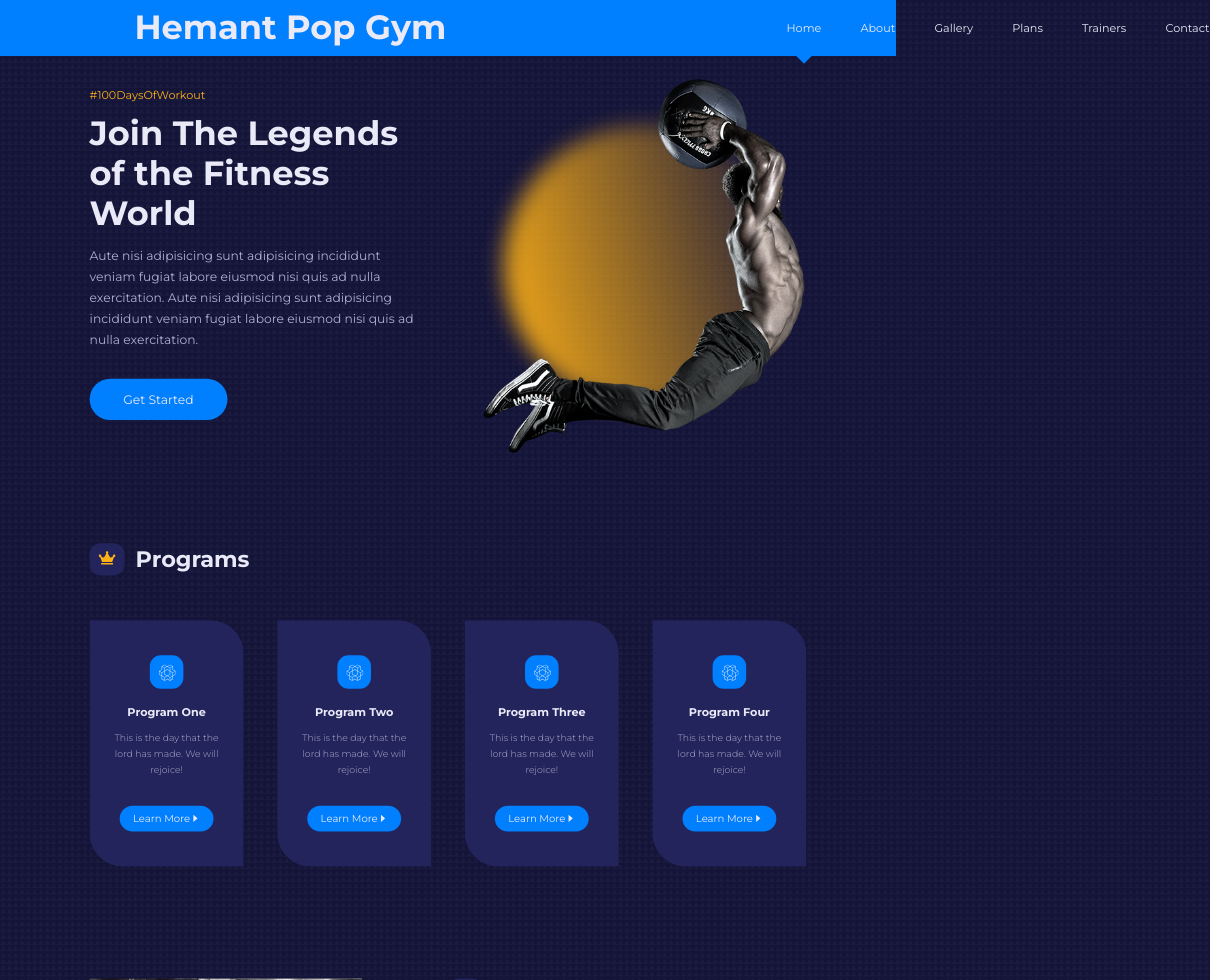
Repository: aryaMode/gym-portfolio
Page: /
An editor plug-in stored every save of this project. The page is shown before and after the next save, followed by the edit.
The browser window is 1280 px wide. The page is 1728 px wide, then 1280 px, so the pictures cover 1728 px, including what lies to the right of the window. The pictures show the part of the page from y = 0 to 1400 px (the page is 4155 px tall before and 3946 px after), at 70% of full size.
The project was rebuilt for these pictures with package versions that can differ from the ones it lists, and the page was loaded fresh each time. Also part of the build but not shown: src/pages/about/about.css, src/components/Header.jsx, src/pages/about/About.jsx, src/pages/contact/contact.css, src/pages/contact/Contact.jsx, src/pages/gallery/gallery.css, src/pages/gallery/Gallery.jsx, src/pages/notFound/notFound.css and 6 more.

Above is the page before, as saved 2023-07-20 16:03:37.

### public/index.html
<!DOCTYPE html>
<html lang="en">

<head>
    <meta charset="UTF-8">
    <meta http-equiv="X-UA-Compatible" content="IE=edge">
    <meta name="viewport" content="width=device-width, initial-scale=1.0">
    <title>Portfolio Website</title>
    <!-- GOOGLE FONTS (montserrat) -->
    <link href="https://fonts.googleapis.com/css2?family=Montserrat:wght@300;400;500;600;700&display=swap"
        rel="stylesheet">
</head>

<body>
    <div id="root"></div>
</body>

</html>

### src/App.jsx
// rafce -> shortcut to create component and export
import { BrowserRouter, Routes, Route } from "react-router-dom";
import React from "react";
import Home from "./pages/home/Home";
import About from "./pages/about/About";
import Contact from "./pages/contact/Contact";
import Gallery from "./pages/gallery/Gallery";
import NotFound from "./pages/notFound/NotFound";
import Plans from "./pages/plans/Plans";
import Trainers from "./pages/trainers/Trainers";
import Navbar from "./components/Navbar";
import Footer from "./components/Footer";

const App = () => {
	return (
		<BrowserRouter>
			<Navbar />
			<Routes>
				<Route index element={<Home />} />
				<Route path="about" element={<About />} />
				<Route path="contact" element={<Contact />} />
				<Route path="gallery" element={<Gallery />} />
				<Route path="plans" element={<Plans />} />
				<Route path="trainers" element={<Trainers />} />
				<Route path="*" element={<NotFound />} />
			</Routes>
			<Footer />
		</BrowserRouter>
	);
};

export default App;

### src/index.css
 *, *::before, *::after{
    margin: 0;
    padding: 0;
    border: 0;
    outline: 0;
    list-style: none;
    text-decoration: none;
    box-sizing: border-box;
 }

 /* CSS Global variable starts with :root {...} check w3school docs for more  info */
 :root{
    --primary-hue: 210;
    --gray-hue: 240;
    /* hsl (hue, saturation, lightness) */
    --color-primary: hsl(var(--primary-hue),100%, 50% );
    --color-primary-variant: hsl(var(--primary-hue), 100%, 65%);
    --color-secondary: #ffb116;
    --color-gray-100: hsl(var(--gray-hue), 47%, 94%); /*almost white colour lightness is almost 100%*/
    --color-gray-200: hsl(var(--gray-hue), 26%, 75%);
    --color-gray-300: hsl(var(--gray-hue), 24%, 64%);
    --color-gray-400: hsl(var(--gray-hue), 16%, 41%);
    --color-gray-500: hsl(var(--gray-hue), 44%, 25%);
    --color-gray-600: hsl(var(--gray-hue), 48%, 15%);

    --container-width-lg: 80%;
    --container-width-md: 90%;

    --transition: all 500ms ease; /* make sure all transition have a constant effect*/
 }

  /******************** GENERAL STYLES ********************/
  body{
    font-family: "Montserrat", sans-serif;
    color: var(--color-gray-200);
    line-height: 1.7;
    overflow-x: hidden;
    background: var(--color-gray-600) url(./images/bg_texture.png);
  }

  .container{
    width: var(--container-width-lg);
    max-width: 1920px;
    margin-inline: auto;
  }

  h1, h2, h3, h4, h5 {
    line-height: 1.2;
    color: var(--color-gray-100);
  }

  h1 {
    font-size: 3rem;
  }

  h2 {
    font-size: 2rem ;
  }

  a {
    color: var(--color-gray-100);
  }

  img{
    display: block;
    object-fit: cover;
    width: 100%;
}

.btn {
    color: var(--color-gray-100);
    width: fit-content;
    margin: 0 auto;
    padding: 0.9rem 2rem;
    background: var(--color-primary);
    border-radius: 1.5rem;
    transition: var(--transition);
}

.btn:hover {
    background: var(--color-secondary);
    color: var(--color-gray-600);
}

.btn.lg {
    padding: 1.2rem 3rem;
    border-radius: 2rem;
    font-size: 1.1rem;
}

.btn.sm {
    padding: 0.4rem 1.2rem;
    font-size: 0.9rem;
}

.btn.sm:hover {
    background: var(--color-gray-100);
}

/******************** SECTION REUSABLE STYLES ********************/
section {
    margin-top: 10rem;
}

.section__head {
    display: flex;
    align-items: center;
    gap: 1rem;
}

.section__head span {
    background: var(--color-gray-500);
    padding: 0.3rem 0.8rem 0;
    border-radius: 1rem;
    color: var(--color-secondary);
    font-size: 1.5rem;
}

.card {
    background: var(--color-gray-500);
    border: 2px solid transparent;
    text-align: center;
    padding: 3rem 2rem;
    border-radius: 0 3rem 0 3rem;
    transition: var(--transition);
}

.card:hover {
    background: transparent;
    border-color: var(--color-gray-400);
    cursor: default;
}

.card span {
    width: 3rem;
    height: 3rem;
    background: var(--color-primary);
    color: var(--color-gray-100);
    font-size: 1.5rem;
    padding: 0.8rem;
    display: grid;
    place-items: center;
    margin-bottom: 1.5rem;
    margin-inline: auto;
    border-radius: 1rem;
    transition: var(--transition);
}

.card:hover span {
    background: var(--color-secondary);
    color: var(--color-gray-500)
}

.card small {
    margin-top: 1rem;
    display: block;
    font-weight: 300;
}

.header {
    margin-top: 5rem;
    height: 20rem;
    overflow: hidden;
    border-bottom: 2px solid var(--color-gray-400);
}

.header__container {
    width: 100%;
    height: 100%;
    position: relative;
    display: grid;
    place-items: center;
    background: #0000;
}

.header__container-lg {
    position: absolute;
    width: 100%;
}

.header__container-lg img {
    opacity: 0.5;
}

.header__content {
    position: relative;
    width: 44%;
    margin: 0 auto;
    text-align: center;
    color: var(--color-gray-100);
}

.header__content h2 {
    margin-bottom: 1rem;
}

.header__content p {
    color: rgba(255, 255, 255, 0.7, green, blue, alpha);
}






/******************** MEADIA QUERIES (medium screens) ********************/
@media screen and (max-width: 1024px) {
    .container {
        width: var(--container-width-md);
    }

    h1 {
        font-size: 2rem;
    }

    h2 {
        font-size: 1.6rem;
    }

    .header__content {
        width: 76%;
    }
}

/******************** MEADIA QUERIES (small screens) ********************/
@media screen and (max-width: 600px) {
    h1 {
        font-size: 2.2rem;
        line-height: 1.3;
    }

    section {
        margin-top: 7rem;
    }

    .header {
        height: fit-content;
    }

    .header__content {
        width: var(--container-width-md);
        padding: 3rem 0;
    }

    .header__content p {
        font-size: 0.85rem;
    }
}

### src/pages/home/Home.jsx
import React from "react";
import "./home.css";
import MainHeader from "../../components/MainHeader";
import Program from "../../components/Program";
import Values from "../../components/Values";
import FAQs from "../../components/FAQs";
import Testimonial from "../../components/Testimonial";
// import Footer from "../../components/Footer";

const Home = () => {
	return (
		<>
			<MainHeader />
			<Program />
			<Values />
			<FAQs />
			<Testimonial />
			{/* <Footer /> comment this out so footer wount be double */}
		</>
	);
};

export default Home;

### src/components/Navbar.jsx
import { useState } from "react";
import { Link, NavLink } from "react-router-dom";
// NavLink comes with an isactive prop which we can use to detect which page we on
// so we can have a special style for that link
import React from "react";
import Logo from "../images/logo.png";
import { links } from "../data";
import { GoThreeBars } from "react-icons/go";
import { MdOutlineClose } from "react-icons/md";
import "./navbar.css";

const Navbar = () => {
	const [isNavShowing, setIsNavShowing] = useState(false);

	const handleNavToggle = () => {
		return setIsNavShowing((prevVAlue) => {
			return !prevVAlue;
		});
	};

	return (
		<nav>
			<div className="container nav__container">
				<Link to="/" className="logo" onClick={handleNavToggle}>
					{/* <img src={Logo} alt="Nav-logo" /> */}
					<h1>Hemant Pop Gym</h1>
				</Link>
				<ul
					className={`nav__links ${isNavShowing ? "show__nav" : "hide__nav"}`}
				>
					{/* Destructure the links array of object from the links to get each item */}
					{links.map(({ name, path }, index) => {
						return (
							<li key={index}>
								<NavLink
									to={path}
									className={({ isActive }) => (isActive ? "active-nav" : "")}
									onClick={handleNavToggle}
								>
									{name}
								</NavLink>
							</li>
						);
					})}
				</ul>
				<button onClick={handleNavToggle} className="nav__toggle-btn">
					{isNavShowing ? <MdOutlineClose /> : <GoThreeBars />}
				</button>
			</div>
		</nav>
	);
};

export default Navbar;

// export PATH=$PATH:/home/daveworld/bin

### src/components/Footer.jsx
import React from "react";
import { Link } from "react-router-dom";
import Logo from "../images/logo.png";
import { FaLinkedin } from "react-icons/fa";
import { FaFacebookF } from "react-icons/fa";
import { AiOutlineTwitter } from "react-icons/ai";
import { AiFillInstagram } from "react-icons/ai";

const Footer = () => {
	return (
		<footer>
			<div className="container footer__container">
				<article>
					<Link to="/" className="logo">
						<img src={Logo} alt="Footer Logo" />
					</Link>
					<p>
						Consectetur non nostrud enim nostrud est culpa ullamco incididunt
						nisi. Consectetur non nostrud enim nostrud est culpa ullamco
						incididunt nisi.
					</p>
					<div className="footer__socials">
						<a
							href="https://www.linkedin.com/in/eniola-ademola-7386161a7/"
							target="_blank"
							rel="noreferrer noopener"
						>
							<FaLinkedin />
						</a>
						<a
							href="https://facebook.com/"
							target="_blank"
							rel="noreferrer noopener"
						>
							<FaFacebookF />
						</a>
						<a
							href="https://twitter.com/_daveworld"
							target="_blank"
							rel="noreferrer noopener"
						>
							<AiOutlineTwitter />
						</a>
						<a
							href="https://instagram.com/_daveworld"
							target="_blank"
							rel="noreferrer noopener"
						>
							<AiFillInstagram />
						</a>
					</div>
				</article>
				<article>
					<h4>Permalinks</h4>
					<Link to="/about">About</Link>
					<Link to="/plans">Plans</Link>
					<Link to="/trainers">Trainers</Link>
					<Link to="/gallery">Gallery</Link>
					<Link to="/contact">Contact</Link>
				</article>
				<article>
					<h4>Insights</h4>
					<Link to="/s">Blog</Link>
					<Link to="/s">Case Studies</Link>
					<Link to="/s">Events</Link>
					<Link to="/s">Communities</Link>
					<Link to="/constact">FAQs</Link>
				</article>
				<article>
					<h4>Get In Touch</h4>
					<Link to="/contact">Plans</Link>
					<Link to="/s">Trainers</Link>
				</article>
			</div>
			<div className="footer__copyright">
				<small> &copy; Eniola Ademola </small>
			</div>
		</footer>
	);
};

export default Footer;

### src/components/MainHeader.jsx
import React from "react";
import { Link } from "react-router-dom";
import Image from "../images/main_header.png";

const MainHeader = () => {
	return (
		<header className="main__header">
			<div className="container main__header-container">
				<div className="main__header-left">
					<h4>#100DaysOfWorkout</h4>
					<h1>Join The Legends of the Fitness World</h1>
					<p>
						Aute nisi adipisicing sunt adipisicing incididunt veniam fugiat
						labore eiusmod nisi quis ad nulla exercitation. Aute nisi
						adipisicing sunt adipisicing incididunt veniam fugiat labore eiusmod
						nisi quis ad nulla exercitation.
					</p>
					<Link to="/plans" className="btn lg">
						Get Started
					</Link>
				</div>
				<div className="main__header-right">
					<div className="main__header-circle"></div>
					<div className="main__header-image">
						<img src={Image} alt="MainHeaderImage" />
					</div>
				</div>
			</div>
		</header>
	);
};

export default MainHeader;

### src/components/Program.jsx
import React from "react";
import { FaCrown } from "react-icons/fa";
import SectionHead from "./SectionHead";
import { programs } from "../data";
import Card from "../UI/Card";
import { Link } from "react-router-dom";
import { AiFillCaretRight } from "react-icons/ai";

const Program = () => {
	return (
		<section className="programs">
			<div className="container programs container">
				<SectionHead icon={<FaCrown />} title="Programs" />

				<div className="program__wrapper">
					{programs.map(({ id, icon, title, info, path }) => {
						return (
							<Card className="programs__program" key={id}>
								<span>{icon}</span>
								<h4>{title}</h4>
								<small>{info}</small>
								<Link to={path} className="btn sm">
									Learn More <AiFillCaretRight />
								</Link>
							</Card>
						);
					})}
				</div>
			</div>
		</section>
	);
};

export default Program;

### src/components/Values.jsx
import React from "react";
import Image from "../images/values.jpg";
import SectionHead from "./SectionHead";
import { GiCutDiamond } from "react-icons/gi";
import { values } from "../data";
import Card from "../UI/Card";

const Values = () => {
	return (
		<section className="values">
			<div className="container values__container">
				<div className="values__left">
					<div className="values__image">
						<img src={Image} alt="values Image" />
					</div>
				</div>
				<div className="values__right">
					<SectionHead icon={<GiCutDiamond />} title="Values" />
					<p>
						anim et. Officia exercitation veniam consectetur ad labore pariatur
						aonsectetur ad labore pariatur.
					</p>
					<div className="values__wrapper">
						{values.map(({ id, icon, title, desc }) => {
							return (
								<Card className="values__value" key={id}>
									<span>{icon}</span>
									<h4>{title}</h4>
									<small>{desc}</small>
								</Card>
							);
						})}
					</div>
				</div>
			</div>
		</section>
	);
};

export default Values;

### src/components/FAQs.jsx
import React from "react";
import { FaQuestion } from "react-icons/fa";
import { faqs } from "../data";
import FAQ from "./FAQ";
import SectionHead from "./SectionHead";
const FAQs = () => {
	return (
		<section className="faqs">
			<div className="container faqs__container">
				<SectionHead icon={<FaQuestion />} title="FAQs" />
				<div className="faqs__wrapper">
					{faqs.map(({ id, question, answer }) => {
						return <FAQ key={id} question={question} answer={answer} />;
					})}
				</div>
			</div>
		</section>
	);
};

export default FAQs;

### src/components/Testimonial.jsx
import React, { useState } from "react";
import SectionHead from "./SectionHead";
import { ImQuotesLeft } from "react-icons/im";
import Card from "../UI/Card";
import {
	IoIosArrowDropleftCircle,
	IoIosArrowDroprightCircle,
} from "react-icons/io";
import { testimonials } from "../data";

const Testimonial = () => {
	const [index, setIndex] = useState(0);
	const { name, quote, job, avatar } = testimonials[index];

	const handlePreviousTestimonial = () => {
		setIndex((prevValue) => {
			return prevValue - 1;
		});
		if (index <= 0) {
			setIndex(testimonials.length - 1);
		}
	};
	const handleAfterTestimonial = () => {
		setIndex((prevValue) => {
			return prevValue + 1;
		});
		if (index >= testimonials.length - 1) {
			setIndex(0);
		}
	};

	return (
		<section className="testimonials">
			<div className="container testimonial__container">
				<SectionHead
					icon={<ImQuotesLeft />}
					title="Testimonials"
					className="testimonials__head"
				/>
				<Card className="testimonial">
					<div className="testimonial__avatar">
						<img src={avatar} alt={name} />
					</div>
					<p className="testimonial__quote">{`"${quote}"`}</p>
					<h5>{name}</h5>
					<small className="testimonial__title">{job}</small>
				</Card>
				<div className="testimonial__btn-container">
					<button
						className="testimonials__btn"
						onClick={handlePreviousTestimonial}
					>
						<IoIosArrowDropleftCircle />
					</button>
					<button
						className="testimonials__btn"
						onClick={handleAfterTestimonial}
					>
						<IoIosArrowDroprightCircle />
					</button>
				</div>
			</div>
		</section>
	);
};

export default Testimonial;

### src/UI/Card.jsx
import React from "react";

const Card = ({ className, children }) => {
	return <article className={`card ${className}`}>{children}</article>;
};

export default Card;

### src/components/navbar.css
nav{
    height: 5rem;
    width: 100vw; /*100% of the window/browser*/
    background: var(--color-primary);
    display: grid;
    place-items: center;
    position: fixed; /*commnt this to see hiden layers*/
    top: 0;
    left: 0;
    z-index: 99; /* makes sure it sit on all items*/
}

/* Only show on medium and small screens */
.nav__toggle-btn {
    display: none;
}

.nav__container {
    height: 100%;
    display: flex;
    justify-content: space-between;
    align-items: center;
    position: relative;
}

.logo{
    width: 100rem;
    display: block;
}

.nav__links{
    display: flex;
    gap: 3.5rem;
    align-items: center;
}

.nav__links a {
    transition: var(--transition);
}

.nav__links a:hover {
    color: var(--color-secondary);
}

.active-nav {
    position: relative;
}

.active-nav::after{
    content: "";
    display: block;
    width: 1.2rem;
    height: 1.2rem;
    background-color: var(--color-primary);
    position: absolute;
    left: calc(50% - 0.6rem);
    transform: rotate(45deg);
    margin-top: 0.9rem;
}

 /******************** MEDIA QUERIES (mesium and small screens) ********************/
 @media screen and (max-width: 1024px) {
    .nav__toggle-btn {
        display: inline-block;
        background: transparent;
        font-size: 1.8rem;
        cursor: pointer;
    }

    .nav__toggle-btn svg{
        color: var(--color-gray-100);
    }

    .nav__links {
        position: absolute;
        top: 100%;
        right: 0;
        flex-direction: column;
        gap: 0;
        perspective: 400px;
    }

    .active-nav {
        display: none;
    }

    .active-nav, .active-nav::after{
        display: none;
    }

    .nav__links li {
        height: 4rem;
        width: 100%;
        box-shadow: -2rem 2rem 5rem rgba(0, 0, 0, 0.5);
        animation: navAnimation 600ms ease forwards;
        transform: rotateX(90deg);
        opacity: 0;
        transform-origin: top;
    }

    .nav__links li:nth-child(2) {
        animation-delay: 200ms;
    }
    .nav__links li:nth-child(3) {
        animation-delay: 400ms;
    }
    .nav__links li:nth-child(4) {
        animation-delay: 600ms;
    }
    .nav__links li:nth-child(5) {
        animation-delay: 800ms;
    }
    .nav__links li:nth-child(6) {
        animation-delay: 1s;
    }
    .nav__links li:nth-child(7) {
        animation-delay: 1.2s;
    }

    @keyframes navAnimation {
        to {
            transform: rotateX(0);
            opacity: 1;
        }
    }

    .nav__links li a {
        background-color: var(--color-primary);
        height: 100%;
        width: 100%;
        display: flex;
        align-items: center;
        padding: 1rem 5rem 1rem 3rem;
    }

    .show__nav {
        display: flex;
    }

    .hide__nav {
        display: none;
    }

 }

### src/components/SectionHead.jsx
import React from "react";

// A reuseable component for each section name
const SectionHead = ({ icon, title, className }) => {
	return (
		<div className={`section__head ${className}`}>
			<span>{icon}</span>
			<h2>{title}</h2>
		</div>
	);
};

export default SectionHead;

### src/components/FAQ.jsx
import React, { useState } from "react";
import { AiOutlinePlus } from "react-icons/ai";
import { AiOutlineMinus } from "react-icons/ai";

const FAQ = ({ question, answer }) => {
	const [isAnswerShowing, setIsAnswerShowing] = useState(false);

	const handleFAQ = () => {
		return setIsAnswerShowing((prevValue) => {
			return !prevValue;
		});
	};

	return (
		<article className="faq" onClick={handleFAQ}>
			<div>
				<h4>{question}</h4>
				<button className="faq__icon">
					{isAnswerShowing ? <AiOutlineMinus /> : <AiOutlinePlus />}
				</button>
			</div>
			{isAnswerShowing && <p>{answer}</p>}
		</article>
	);
};

export default FAQ;

Loaded but not shown: src/index.js (common file); src/data.js (320 lines, source omitted); src/pages/home/home.css (412 lines, source omitted)

After the next save:
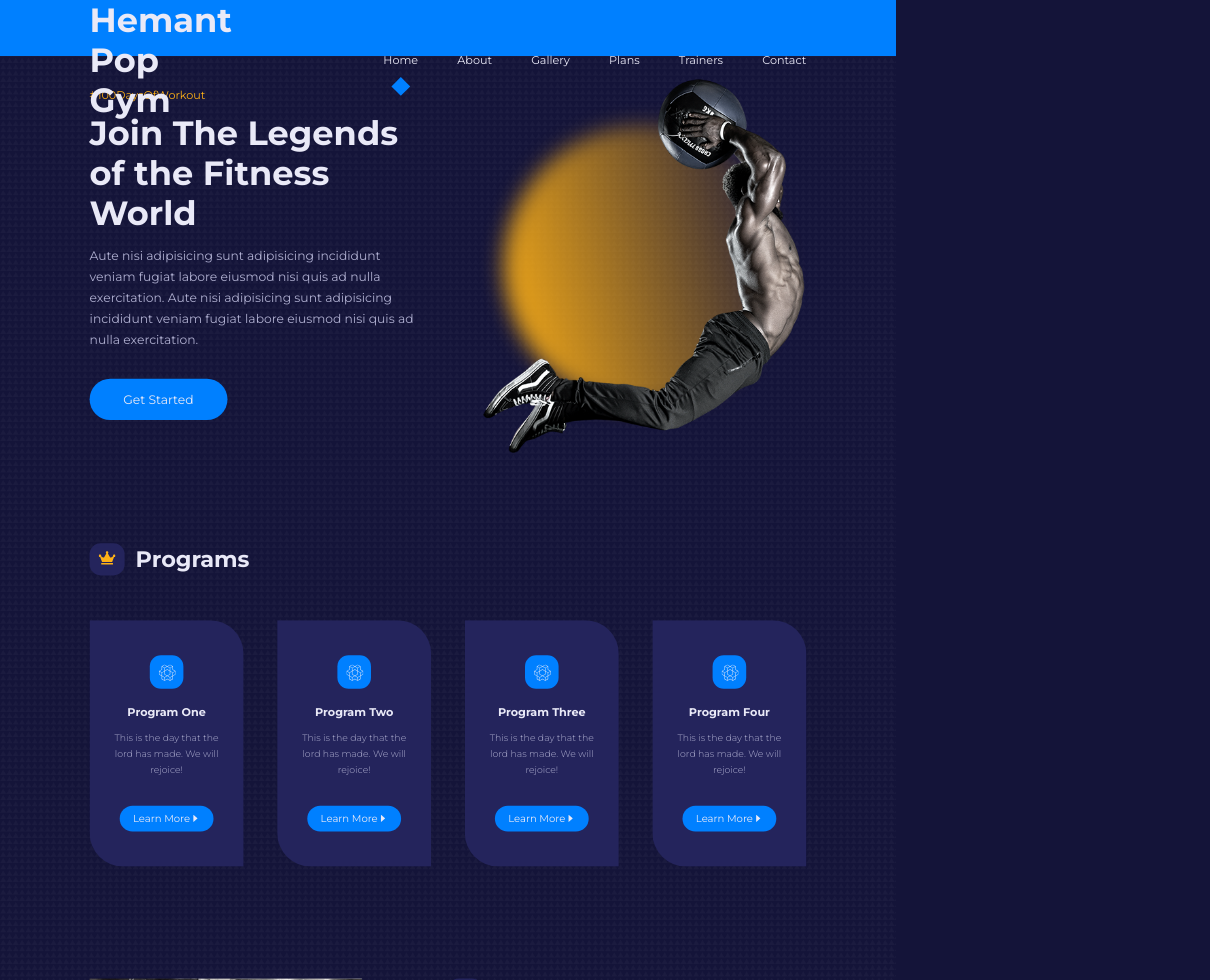
Saved 5 s later.
--- a/src/components/navbar.css
+++ b/src/components/navbar.css
@@ -24,7 +24,7 @@ nav{
 }
 
 .logo{
-    width: 100rem;
+    width: 1rem;
     display: block;
 }
 
